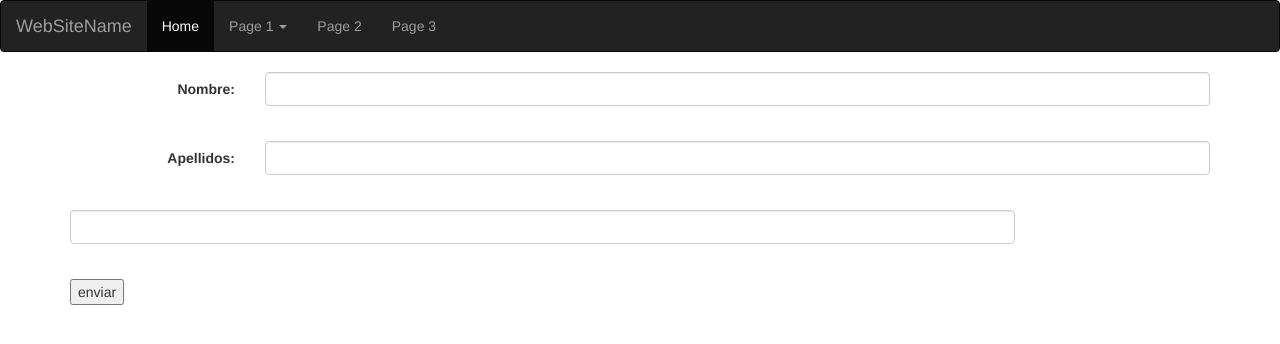
Repository: UAQJavaEveris/ProyectoFinalJuanCarlos
Page: http://localhost/WebCliente/
The author's editor kept a copy of each file at every save. The page is drawn from the files as they stood at one save, then again after the next save.
The browser window is 1280 px wide. The pictures show the whole page.
Some web libraries are served in a nearby version. The page is served by Tomcat 9. Other server files are loaded and not shown.

Above is the page before, as saved 2016-12-10 02:59:33.

### WebCliente/WebContent/index.jsp
<%@ page language="java" contentType="text/html; charset=ISO-8859-1"
    pageEncoding="ISO-8859-1"%>
<!DOCTYPE html PUBLIC "-//W3C//DTD HTML 4.01 Transitional//EN" "http://www.w3.org/TR/html4/loose.dtd">
<html>
<head>
<meta http-equiv="Content-Type" content="text/html; charset=ISO-8859-1">
<title>Pagina Principal</title>
<meta charset="utf-8">
  <meta name="viewport" content="width=device-width, initial-scale=1">
  <link rel="stylesheet" href="https://maxcdn.bootstrapcdn.com/bootstrap/3.3.7/css/bootstrap.min.css">
  <script src="https://ajax.googleapis.com/ajax/libs/jquery/3.1.1/jquery.min.js"></script>
  <script src="https://maxcdn.bootstrapcdn.com/bootstrap/3.3.7/js/bootstrap.min.js"></script>
</head>
<body>
<nav class="navbar navbar-inverse">
  <div class="container-fluid">
    <div class="navbar-header">
      <a class="navbar-brand" href="#">WebSiteName</a>
    </div>
    <ul class="nav navbar-nav">
      <li class="active"><a href="#">Home</a></li>
      <li class="dropdown">
        <a class="dropdown-toggle" data-toggle="dropdown" href="#">Page 1
        <span class="caret"></span></a>
        <ul class="dropdown-menu">
          <li><a href="#">Page 1-1</a></li>
          <li><a href="#">Page 1-2</a></li>
          <li><a href="#">Page 1-3</a></li>
        </ul>
      </li>
      <li><a href="#">Page 2</a></li>
      <li><a href="#">Page 3</a></li>
    </ul>
  </div>
</nav>
<div class="container">
<form  class="form-horizontal" action="Controller" method="Post">
<div class="form-group">
     <label class="control-label col-sm-2" for="nombre">Nombre:</label>
    <div class="col-sm-10">
    <input  class="form-control" type="txt" name="nombre"><br>
    </div>
  </div>
  <div class="form-group">
  <label  class="control-label col-sm-2" for="apellidos">Apellidos:</label>
  <div class="col-sm-10">
  <input class="form-control"  type="txt" name="apellidos"><br>
  </div>
  </div>
 <div class="form-group">
 <label class="sr-only" for="logros">logroes:</label>
 <div class="col-sm-10">
<input class="form-control"  type="txt" name="logros"><br>
</div>
</div>
<input type="submit" value="enviar"></input>
</form><br>
</div>
<%
String nombre_variable = (String)session.getAttribute("exito");
%>
</body>
</html>

After the next save:
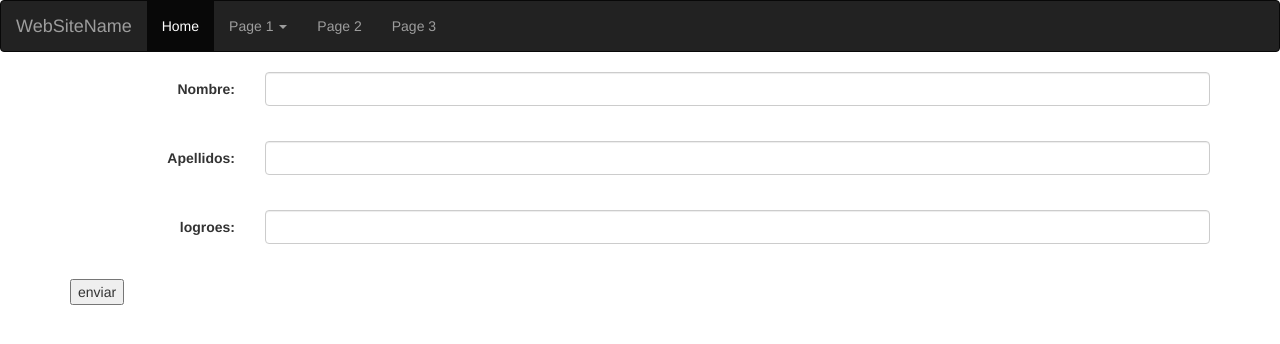
Saved 75 s later.
--- a/WebCliente/WebContent/index.jsp
+++ b/WebCliente/WebContent/index.jsp
@@ -48,7 +48,7 @@
   </div>
   </div>
  <div class="form-group">
- <label class="sr-only" for="logros">logroes:</label>
+ <label class="control-label col-sm-2" for="logros">logroes:</label>
  <div class="col-sm-10">
 <input class="form-control"  type="txt" name="logros"><br>
 </div>
